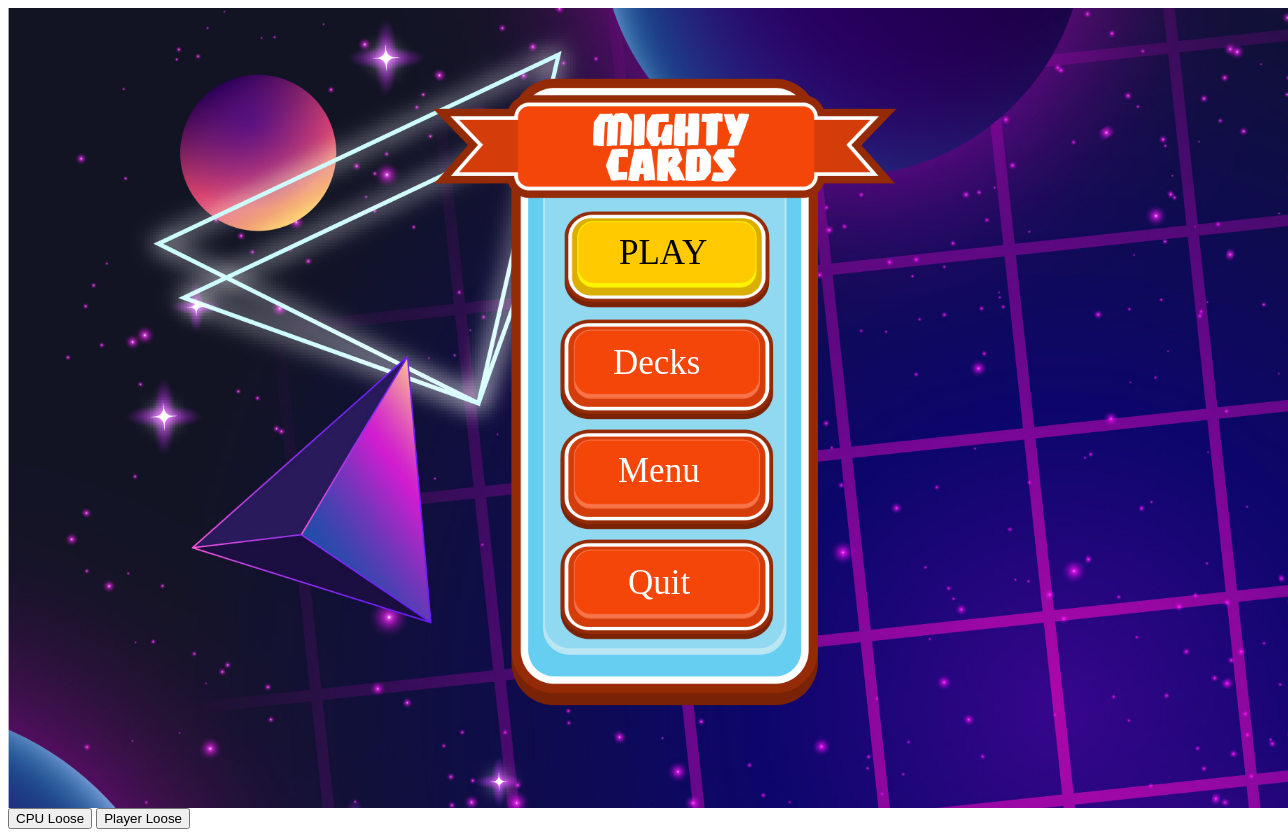
Repository: getvoiceagency/html5
Page: menu.html
The author's editor kept a record of every edit. The page is drawn from the files as they stood at one moment, then again after the next edit.
The browser window is 1280 px wide. The page is 1288 px wide, then 1280 px, then 1288 px, so the pictures cover 1288 px, including what lies to the right of the window. The pictures show the whole page.
Some web fonts or font styles are not loaded; a fallback is used. Some web libraries are served in a nearby version.

Above is the page before.

After the next edit:
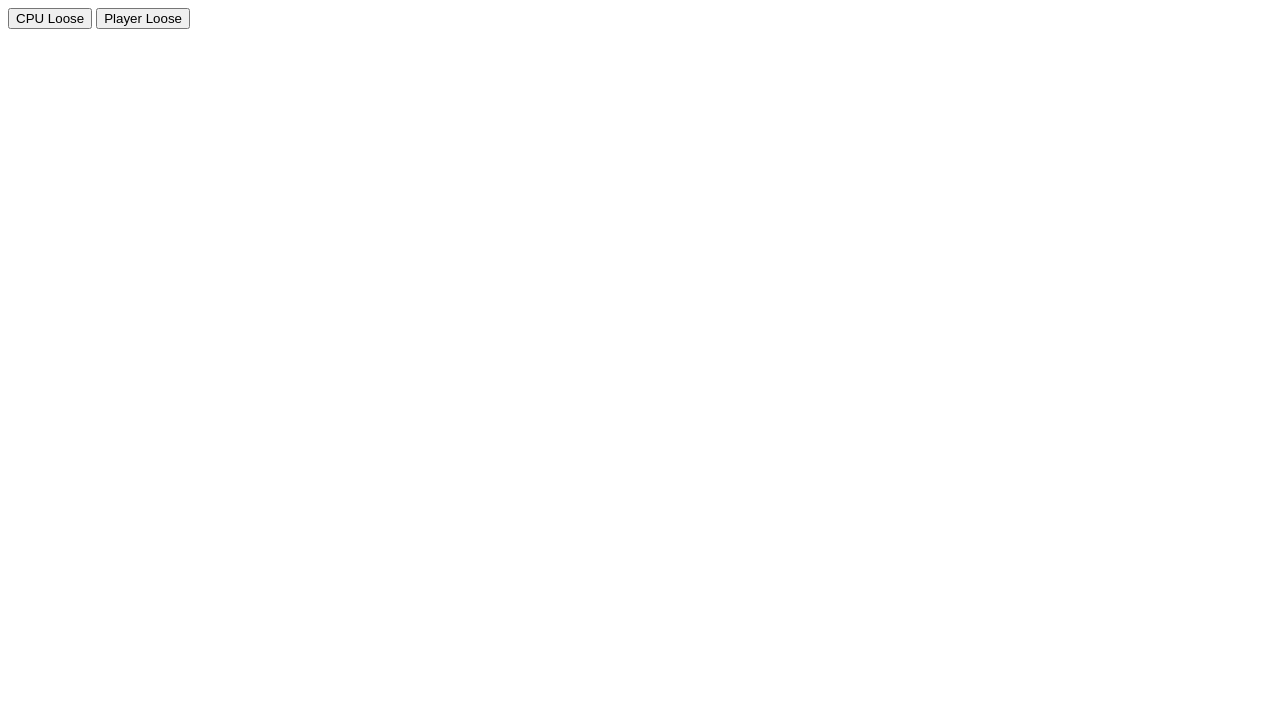
Console error: SyntaxError: Unexpected token '='
The edit:
--- a/menu.html
+++ b/menu.html
@@ -592,7 +592,7 @@
 container.addChild(cancelUi);
     }
 
-    { var arrowRightUi = PIXI.Sprite.fromImage('arrow left.png');
+    { var  = PIXI.Sprite.fromImage('arrow left.png');
 container.addChild(arrowLeftUi);
     }
 

After the 2 edits that followed:
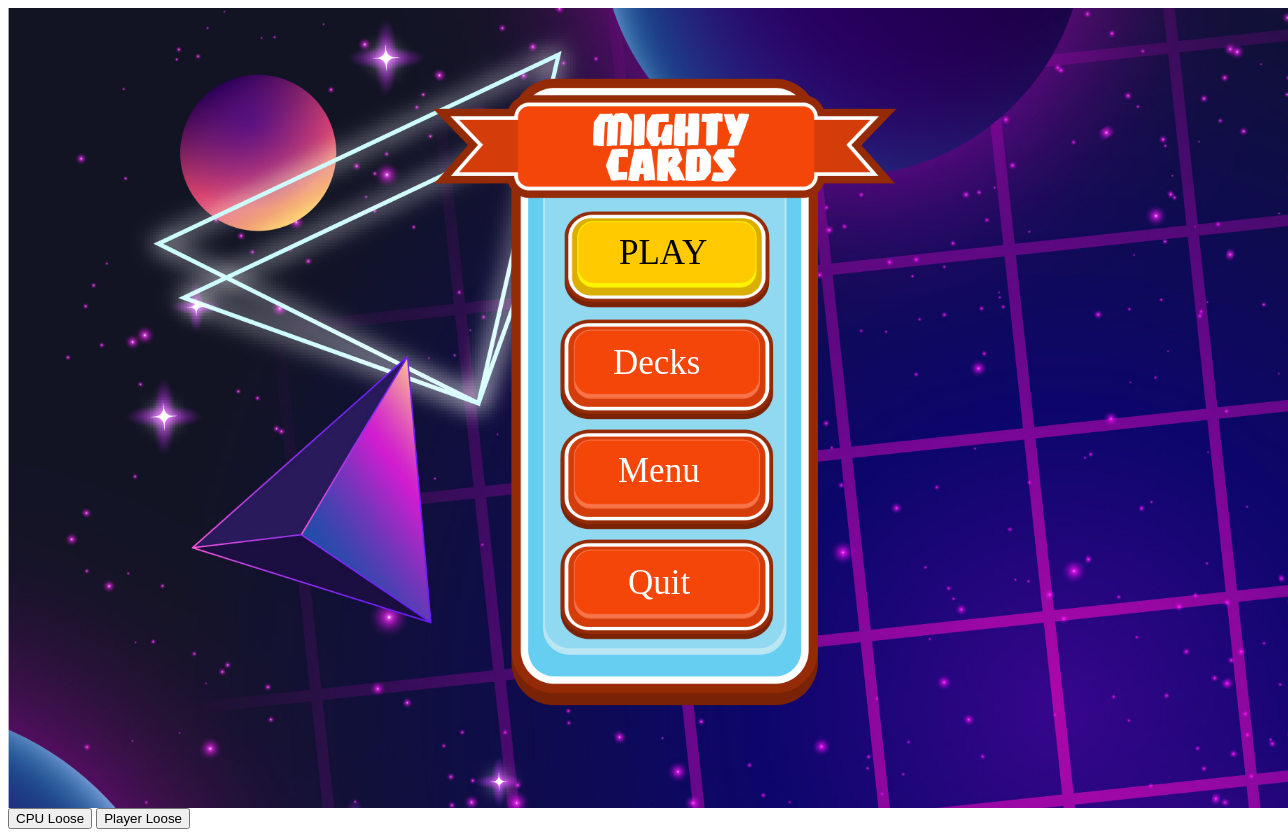
The error is gone.
The 2 edits are shown as one change because 1 left the picture as it was.
The edit:
--- a/menu.html
+++ b/menu.html
@@ -592,11 +592,11 @@
 container.addChild(cancelUi);
     }
 
-    { var  = PIXI.Sprite.fromImage('arrow left.png');
+    { var arrowLeftUi = PIXI.Sprite.fromImage('arrow left.png');
 container.addChild(arrowLeftUi);
     }
 
-    { var logo = PIXI.Sprite.fromImage('arrow right.png');
+    { var arrowRightUi = PIXI.Sprite.fromImage('arrow right.png');
 container.addChild(arrowRightUi);
     }
 
